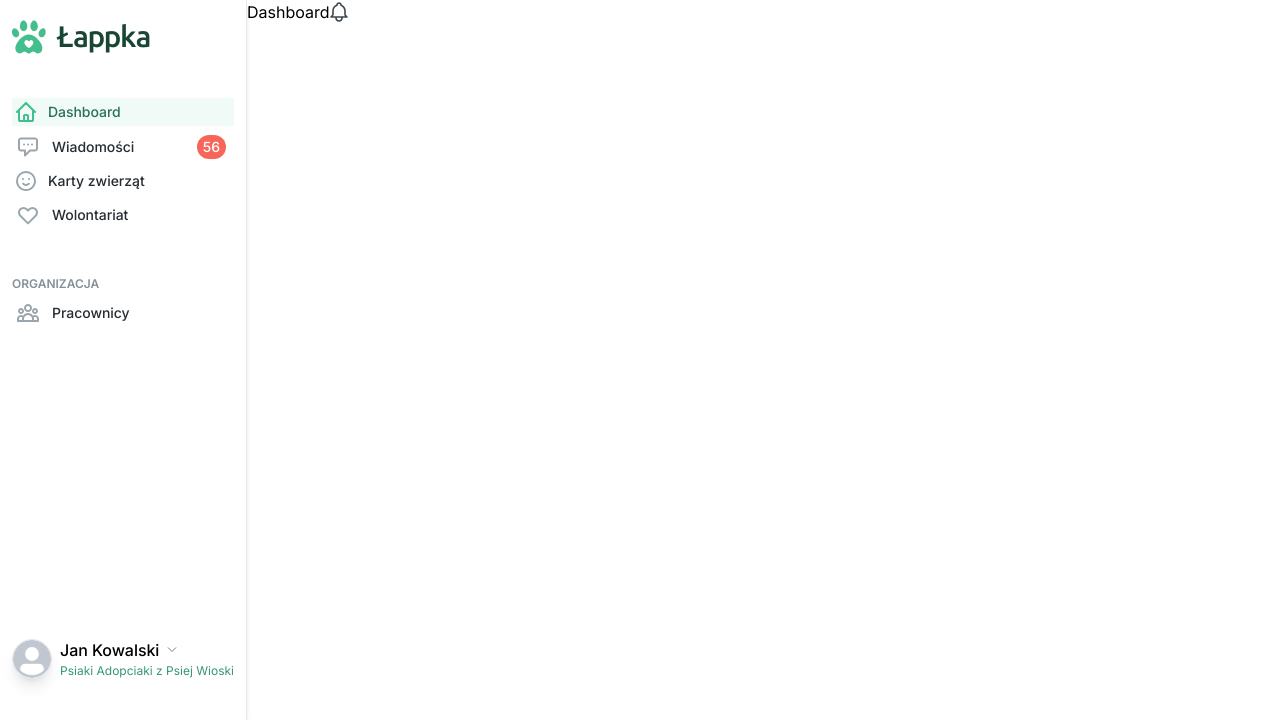
Repository: michalmilek/lappka
Page: /dashboard
These files come from the project's save history. The page is drawn as it stood at one moment and after the next save; the edit follows.
The browser window is 1280 px wide. The pictures show the whole page.
The project was rebuilt for these pictures with package versions that can differ from the ones it lists, and the page was loaded fresh each time. Also part of the build but not shown: src/components/customComponents/FormInput.tsx, src/components/customComponents/Button.tsx, src/components/LoginForm.tsx, src/components/Form/Form.tsx, src/pages/Login.tsx.

Above is the page before, as saved 2023-03-28 13:06:59.

After the next save:
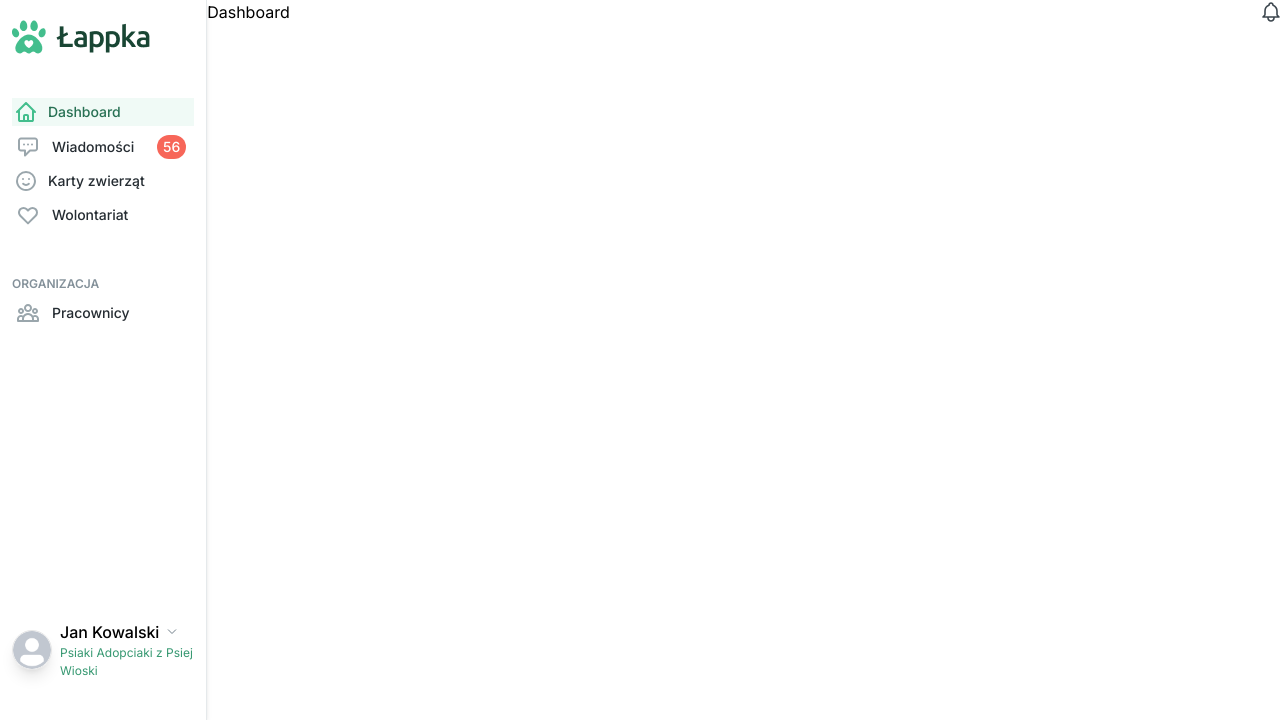
Saved 9 s later.
--- a/src/pages/Dashboard.tsx
+++ b/src/pages/Dashboard.tsx
@@ -6,7 +6,7 @@ const Dashboard = () => {
   return (
     <main className="flex">
       <Sidebar />
-      <div>
+      <div className="w-full">
         <Header />
       </div>
     </main>
